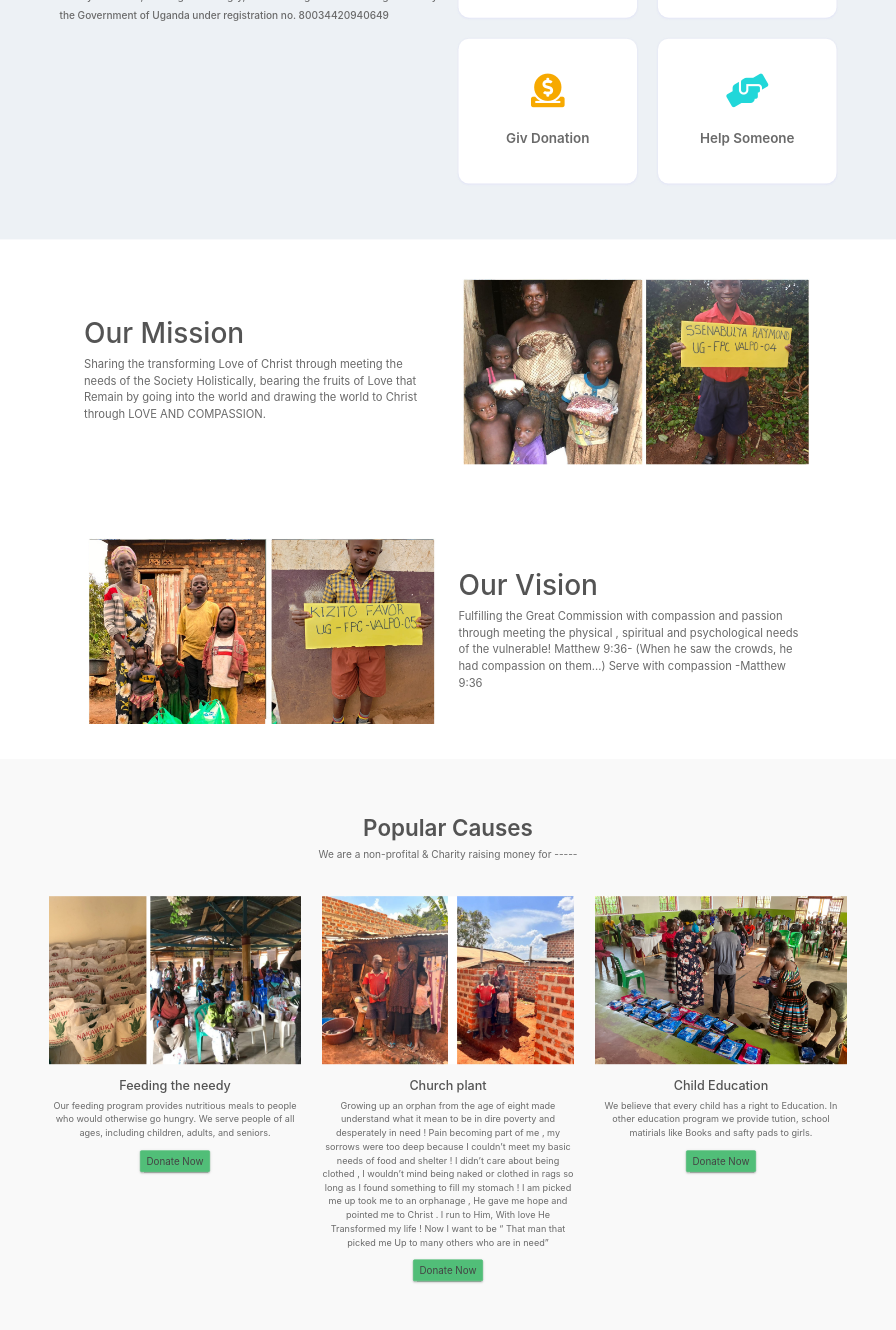
Repository: kluivert-ssali/Zziwa
Page: index.html
These files come from the project's save history. The page is drawn as it stood at one moment and after the next save; the edit follows.
The browser window is 1280 px wide. The pictures show the part of the page from y = 1206 to 3106 px (the page is 5355 px tall), at 70% of full size.
Pictures or frames that could not be fetched are drawn as grey boxes. A picture or video elsewhere on the page could not be fetched, so the positions and the page height are approximate. Backgrounds fixed to the window are drawn as part of the page.

Above is the page before, as saved 2023-11-24 19:34:51.

After the next save:
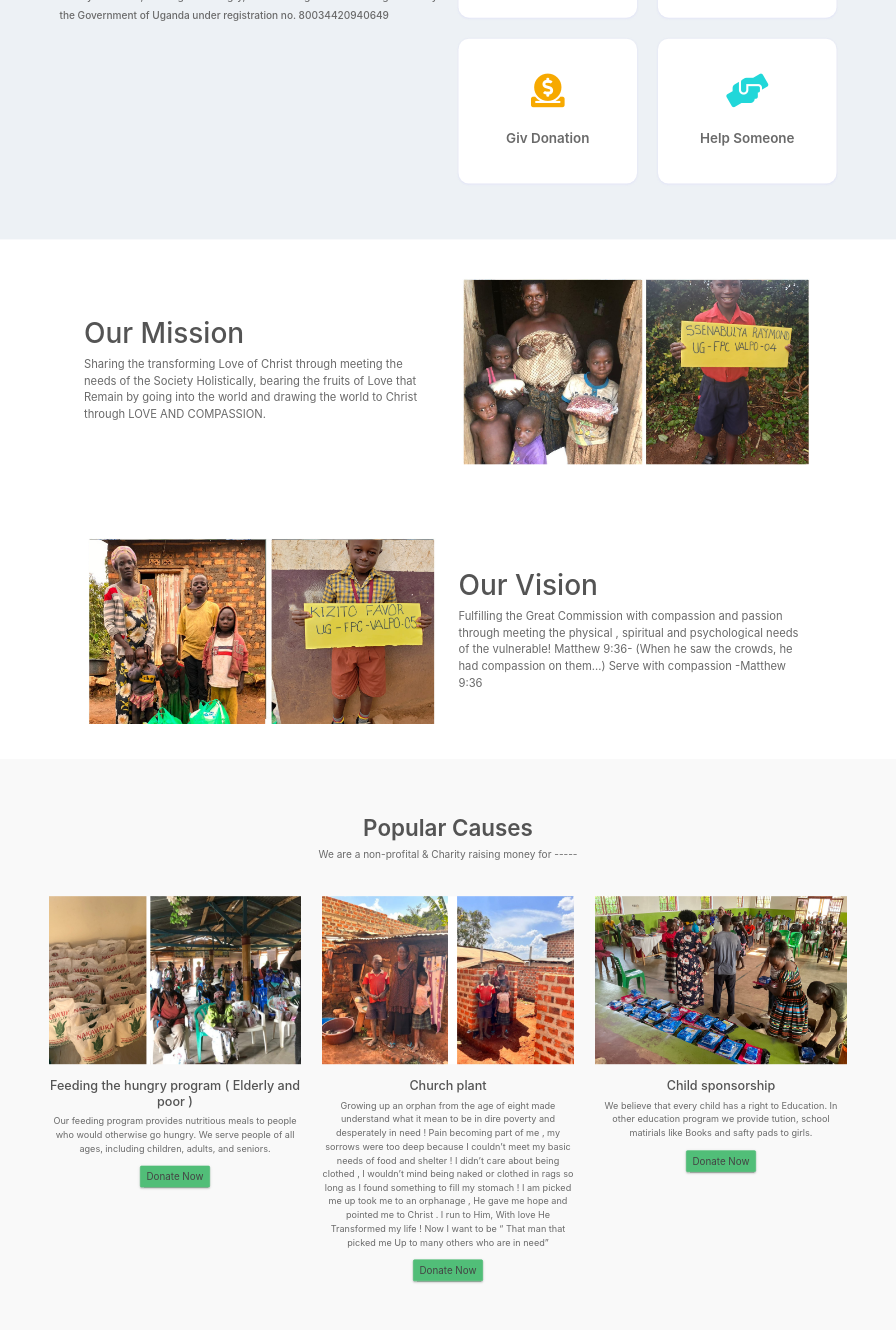
Saved 3 min 1 s later.
--- a/index.html
+++ b/index.html
@@ -293,7 +293,7 @@
           <div class="col-md-4 col-sm-6">
             <div class="event-box">
               <img src="assets/images/events/Feeding.png" alt="" />
-              <h4>Feeding the needy</h4>
+              <h4>Feeding the hungry program ( Elderly and poor )</h4>
               <p class="desic">
                 Our feeding program provides nutritious meals to people who
                 would otherwise go hungry. We serve people of all ages,
@@ -336,7 +336,7 @@
           <div class="col-md-4 col-sm-6">
             <div class="event-box">
               <img src="assets/images/events/payer1.png" alt="" />
-              <h4>Child Education</h4>
+              <h4>Child sponsorship</h4>
               <p class="desic">
                 We believe that every child has a right to Education. In other
                 education program we provide tution, school matirials like Books
